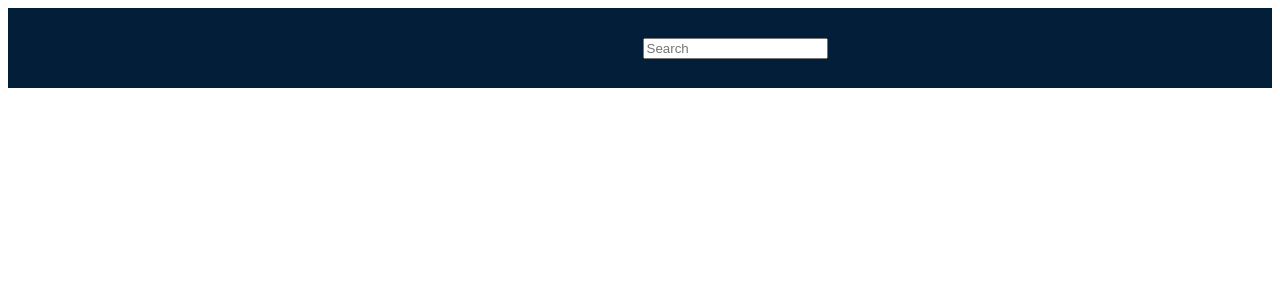
Repository: cvsschaitanya/test
Page: /
These files come from the project's save history. The page is drawn as it stood at one moment and after the next save; the edit follows.
The browser window is 1280 px wide. The pictures show the whole page.
The project was rebuilt for these pictures with package versions that can differ from the ones it lists, and the page was loaded fresh each time.

Above is the page before, as saved 2021-10-20 23:16:34.

After the next save:
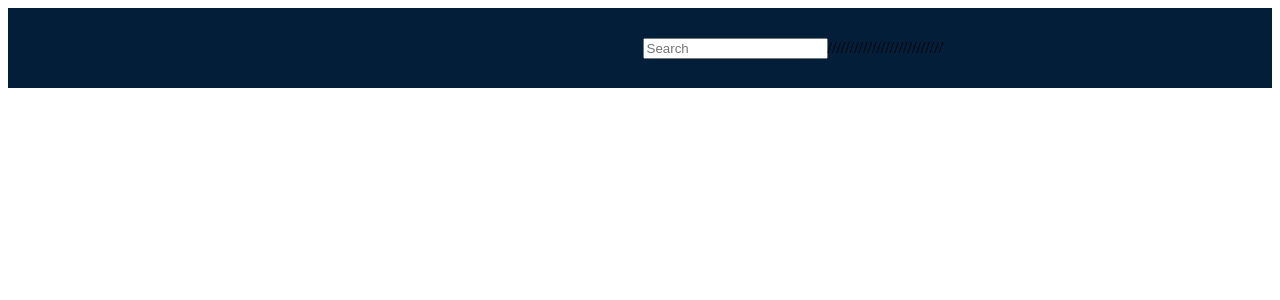
Saved 8 s later.
--- a/src/components/Navbar.jsx
+++ b/src/components/Navbar.jsx
@@ -27,6 +27,10 @@
 				<button>
 					<SearchIcon />
 				</button>
+
+
+                //////////////////////////
+
 			</div>
 		</div>
 	);
